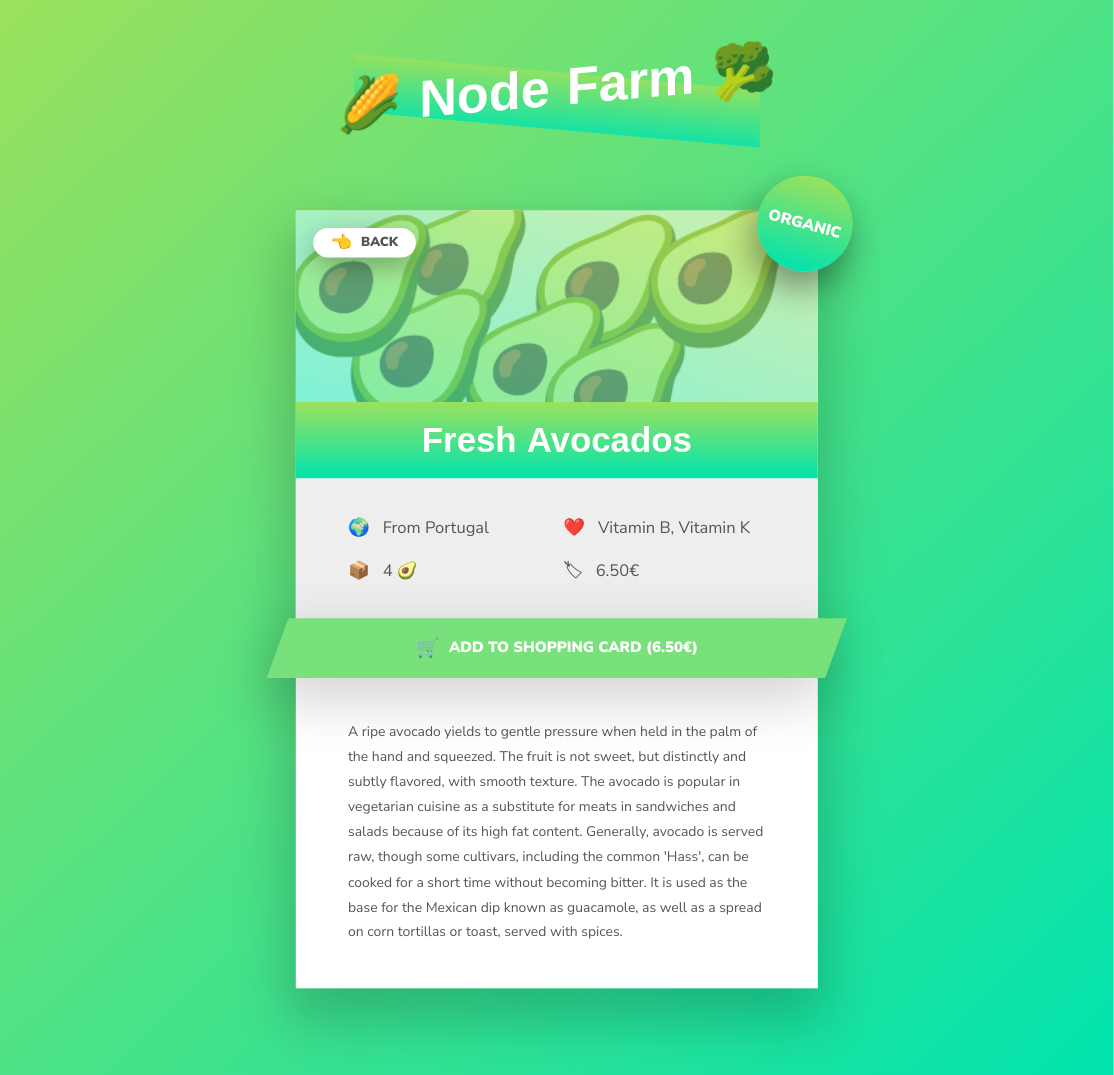
Repository: 13-Joban/Node_Farm_Backend
Page: templates/product.html
The author's editor kept a copy of each file at every save. The page is drawn from the files as they stood at one save, then again after the next save.
The browser window is 1280 px wide. The pictures show the whole page, at 87% of full size.
Some web fonts or font styles are not loaded; a fallback is used.

Above is the page before, as saved 2022-07-16 16:58:16.

### templates/product.html
<!DOCTYPE html>
<html lang="en">
  <head>
    <meta charset="UTF-8" />
    <meta name="viewport" content="width=device-width, initial-scale=1.0" />
    <meta http-equiv="X-UA-Compatible" content="ie=edge" />
    <link
      href="https://fonts.googleapis.com/css?family=Megrim|Nunito+Sans:400,900"
      rel="stylesheet"
    />
    <link
      rel="icon"
      href="https://emojipedia-us.s3.dualstack.us-west-1.amazonaws.com/thumbs/240/apple/155/ear-of-maize_1f33d.png"
    />

    <title>Fresh Avocados 🥑 /// NODE FARM</title>

    <style>
      *,
      *::before,
      *::after {
        margin: 0;
        padding: 0;
        box-sizing: inherit;
      }

      html {
        font-size: 62.5%;
        box-sizing: border-box;
      }

      body {
        padding: 5rem 5rem 10rem;
        line-height: 1.7;
        font-family: 'Nunito Sans', sans-serif;
        color: #555;
        min-height: 100vh;
        background: linear-gradient(to bottom right, #9be15d, #00e3ae);
      }

      h1 {
        font-family: 'Megrim', sans-serif;
        font-size: 6rem;
        color: white;
        transform: skewY(-5deg);
        text-align: center;
        position: relative;
        word-spacing: 3px;
      }

      h1::before {
        content: '';
        display: block;
        height: 65%;
        width: 49%;
        position: absolute;
        top: 105%;
        left: 50%;
        background: linear-gradient(to bottom, #9be15d, #00e3ae);
        opacity: 0.8;
        z-index: -1;
        transform: skewY(370deg) translate(-50%, -50%);
      }

      .container {
        width: 95rem;
        margin: 0 auto;
      }

      .product {
        width: 60rem;
        margin: 0 auto;
        margin-top: 9rem;
        background: white;
        box-shadow: 0 3rem 6rem 1rem rgba(0, 0, 0, 0.2);
        position: relative;
      }

      .product__hero {
        position: relative;
        height: 22rem;
        overflow: hidden;
      }

      .product__hero::before {
        content: '';
        display: block;
        height: 100%;
        width: 100%;
        position: absolute;
        top: 0;
        left: 0;
        background-image: linear-gradient(to left bottom, #9be15d, #00e3ae);
        opacity: 0.5;
        z-index: 100;
      }

      .product__emoji {
        font-size: 15rem;
        position: absolute;
      }

      .product__emoji--1 {
        top: -4rem;
        left: -2rem;
        z-index: 10;
      }

      .product__emoji--2 {
        top: -6rem;
        left: 9rem;
      }

      .product__emoji--3 {
        top: -4rem;
        right: 15rem;
      }

      .product__emoji--4 {
        top: -5rem;
        right: 2rem;
        z-index: 10;
      }

      .product__emoji--5 {
        bottom: -9rem;
        left: 18rem;
      }

      .product__emoji--6 {
        bottom: -8rem;
        left: 5rem;
      }

      .product__emoji--7 {
        bottom: -12rem;
        right: 14rem;
      }

      .product__emoji--8 {
        bottom: -8rem;
        right: -2rem;
      }

      .product__emoji--9 {
        top: -7rem;
        left: 19rem;
      }

      .product__organic {
        position: absolute;
        top: -4rem;
        right: -4rem;
        z-index: 1000;
        height: 11rem;
        width: 11rem;
        background-image: linear-gradient(to bottom, #9be15d, #00e3ae);
        border-radius: 50%;
        transform: rotate(15deg);
        box-shadow: 0 2rem 4rem rgba(0, 0, 0, 0.4);
        display: flex;
        align-items: center;
        justify-content: center;
      }

      .product__organic h5 {
        font-weight: 900;
        text-transform: uppercase;
        font-size: 1.8rem;
        color: white;
      }

      .product__back:link,
      .product__back:visited {
        position: absolute;
        top: 2rem;
        left: 2rem;
        font-size: 1.5rem;
        font-weight: 700;
        text-transform: uppercase;
        text-decoration: none;
        z-index: 1000;
        color: #555;
        background-color: white;
        box-shadow: 0 1rem 3rem rgba(0, 0, 0, 0.3);
        border-radius: 100rem;
        padding: 0 2rem;
        transition: all 0.3s;
        display: flex;
        align-items: center;
      }

      .product__back:hover,
      .product__back:active {
        background-color: #79e17b;
      }

      .product__name {
        background: linear-gradient(to bottom, #9be15d, #00e3ae);
        padding: 1rem;
        font-family: 'Megrim', sans-serif;
        font-size: 4rem;
        color: white;
        text-align: center;
        word-spacing: 2px;
      }

      .product__details {
        background-color: #eee;
        padding: 4rem 6rem;
        font-size: 1.9rem;
        display: grid;
        grid-template-columns: 1fr 1fr;
        grid-gap: 1.5rem;
      }

      .product__description {
        padding: 5rem 6rem;
        font-size: 1.6rem;
        line-height: 1.8;
      }

      .product__link:link,
      .product__link:visited {
        display: block;
        background-color: #79e17b;
        color: white;
        font-size: 1.6rem;
        font-weight: 700;
        text-transform: uppercase;
        text-decoration: none;
        padding: 1.5rem;
        text-align: center;
        transform: scale(1.07) skewX(-20deg);
        box-shadow: 0 2rem 6rem rgba(0, 0, 0, 0.2);
        display: flex;
        align-items: center;
        justify-content: center;
        transition: all 0.3s;
      }

      .product__link:hover,
      .product__link:active {
        background-color: #9be15d;
        transform: scale(1.1) skewX(-20deg);
      }

      .product__link span {
        transform: skewX(20deg);
      }

      .emoji-left {
        font-size: 2rem;
        margin-right: 1rem;
      }

      .emoji-right {
        font-size: 2rem;
        margin-left: 1rem;
      }

      .not-organic {
        display: none;
      }
    </style>
  </head>

  <body>
    <div class="container">
      <h1>🌽 Node Farm 🥦</h1>

      <figure class="product">
        <div class="product__organic"><h5>Organic</h5></div>
        <a href="#" class="product__back">
          <span class="emoji-left">👈</span>Back
        </a>
        <div class="product__hero">
          <span class="product__emoji product__emoji--1">🥑</span>
          <span class="product__emoji product__emoji--2">🥑</span>
          <span class="product__emoji product__emoji--3">🥑</span>
          <span class="product__emoji product__emoji--4">🥑</span>
          <span class="product__emoji product__emoji--5">🥑</span>
          <span class="product__emoji product__emoji--6">🥑</span>
          <span class="product__emoji product__emoji--7">🥑</span>
          <span class="product__emoji product__emoji--8"></span>
          <span class="product__emoji product__emoji--9"></span>
        </div>
        <h2 class="product__name">Fresh Avocados</h2>
        <div class="product__details">
          <p><span class="emoji-left">🌍</span> From Portugal</p>
          <p><span class="emoji-left">❤️</span> Vitamin B, Vitamin K</p>
          <p><span class="emoji-left">📦</span> 4 🥑</p>
          <p><span class="emoji-left">🏷</span> 6.50€</p>
        </div>

        <a href="#" class="product__link">
          <span class="emoji-left">🛒</span>
          <span>Add to shopping card (6.50€)</span>
        </a>

        <p class="product__description">
          A ripe avocado yields to gentle pressure when held in the palm of the
          hand and squeezed. The fruit is not sweet, but distinctly and subtly
          flavored, with smooth texture. The avocado is popular in vegetarian
          cuisine as a substitute for meats in sandwiches and salads because of
          its high fat content. Generally, avocado is served raw, though some
          cultivars, including the common 'Hass', can be cooked for a short time
          without becoming bitter. It is used as the base for the Mexican dip
          known as guacamole, as well as a spread on corn tortillas or toast,
          served with spices.
        </p>
      </figure>

    </div>
  </body>
</html>

After the next save:
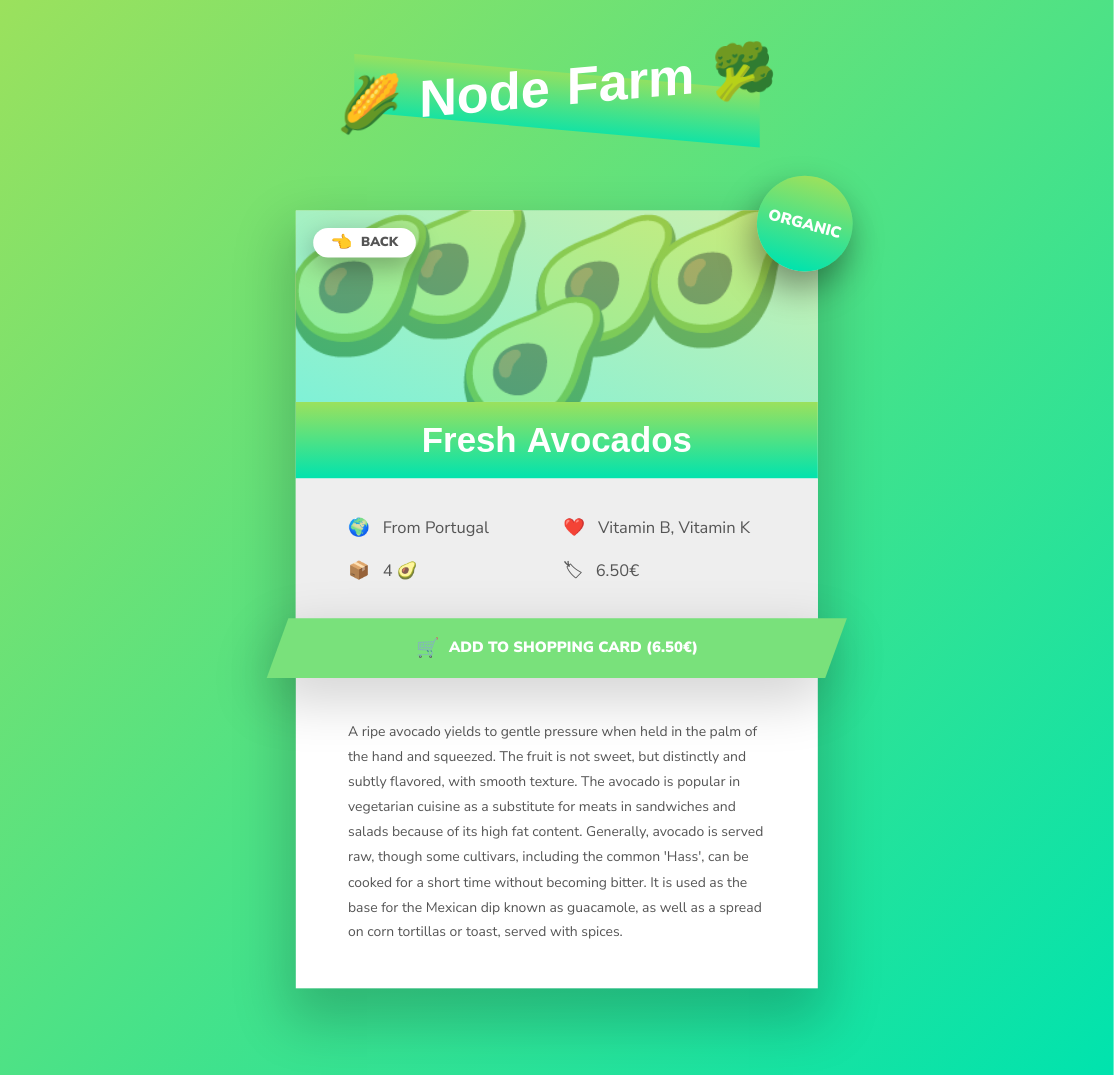
Saved 6 s later.
--- a/templates/product.html
+++ b/templates/product.html
@@ -280,8 +280,8 @@
           <span class="product__emoji product__emoji--3">🥑</span>
           <span class="product__emoji product__emoji--4">🥑</span>
           <span class="product__emoji product__emoji--5">🥑</span>
-          <span class="product__emoji product__emoji--6">🥑</span>
-          <span class="product__emoji product__emoji--7">🥑</span>
+          <span class="product__emoji product__emoji--6"></span>
+          <span class="product__emoji product__emoji--7"></span>
           <span class="product__emoji product__emoji--8"></span>
           <span class="product__emoji product__emoji--9"></span>
         </div>
